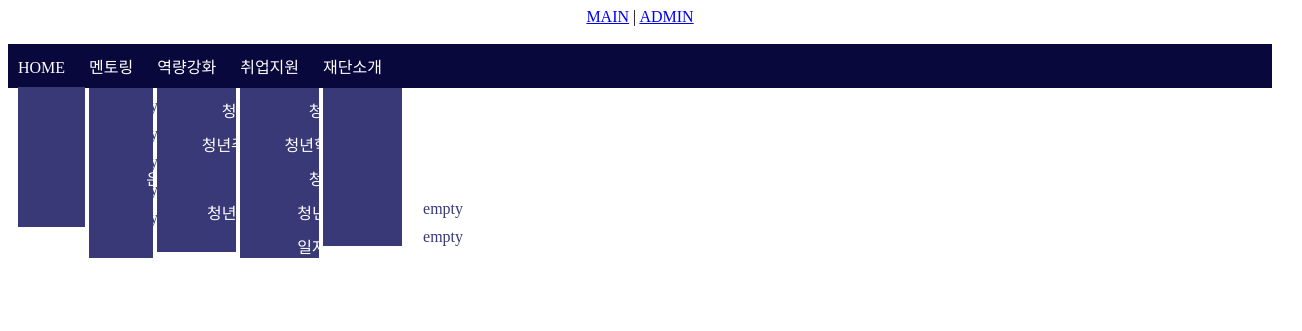
Repository: nywogud/promoPoli
Page: http://localhost/poli/WEB-INF/views/home.jsp
These files come from the project's save history. The page is drawn as it stood at one moment and after the next save; the edit follows.
The browser window is 1280 px wide. The page is 1280 px wide, then 1302 px, then 1280 px, so the pictures cover 1302 px, including what lies to the right of the window. The pictures show the whole page.
The page is served by Tomcat 9. Nobody is signed in. The template is opened directly, without the code that normally fills it, so the values that code supplies are empty.

Above is the page before, as saved 2021-06-30 07:34:17.

After the next save:
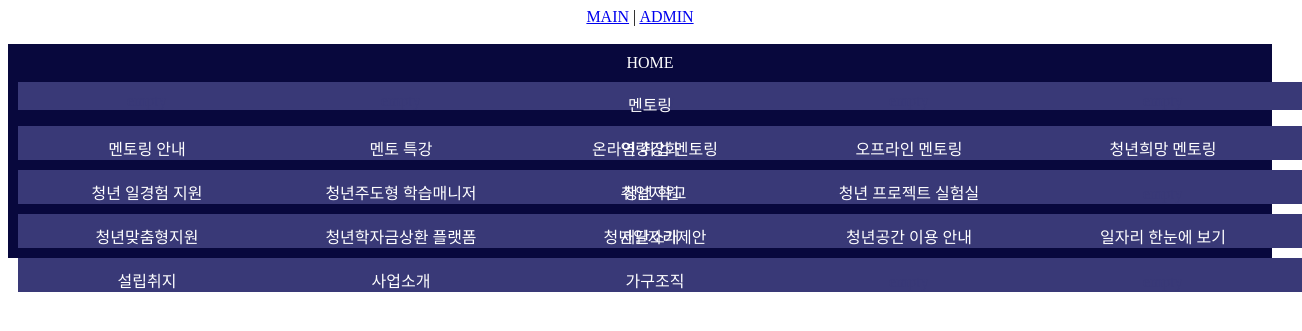
Saved 24 s later.
--- a/workspace/poli/src/main/webapp/WEB-INF/views/home.jsp
+++ b/workspace/poli/src/main/webapp/WEB-INF/views/home.jsp
@@ -24,7 +24,7 @@
 	padding: 10px 10px;
 	text-align: center;
 	position: relative;
-	width:auto;
+	width:100%;
 }
 
 ul.main>li ul.sub {

After the save that followed:
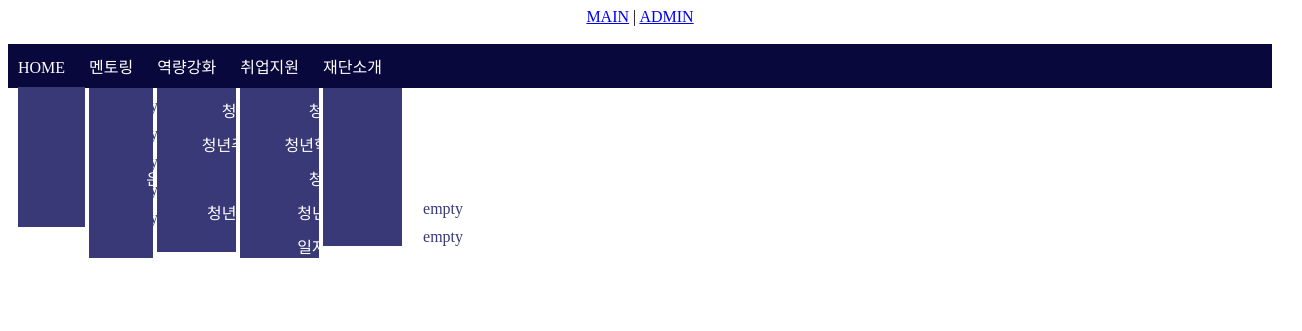
Saved 27 s later.
--- a/workspace/poli/src/main/webapp/WEB-INF/views/home.jsp
+++ b/workspace/poli/src/main/webapp/WEB-INF/views/home.jsp
@@ -24,7 +24,7 @@
 	padding: 10px 10px;
 	text-align: center;
 	position: relative;
-	width:100%;
+	width:;
 }
 
 ul.main>li ul.sub {
